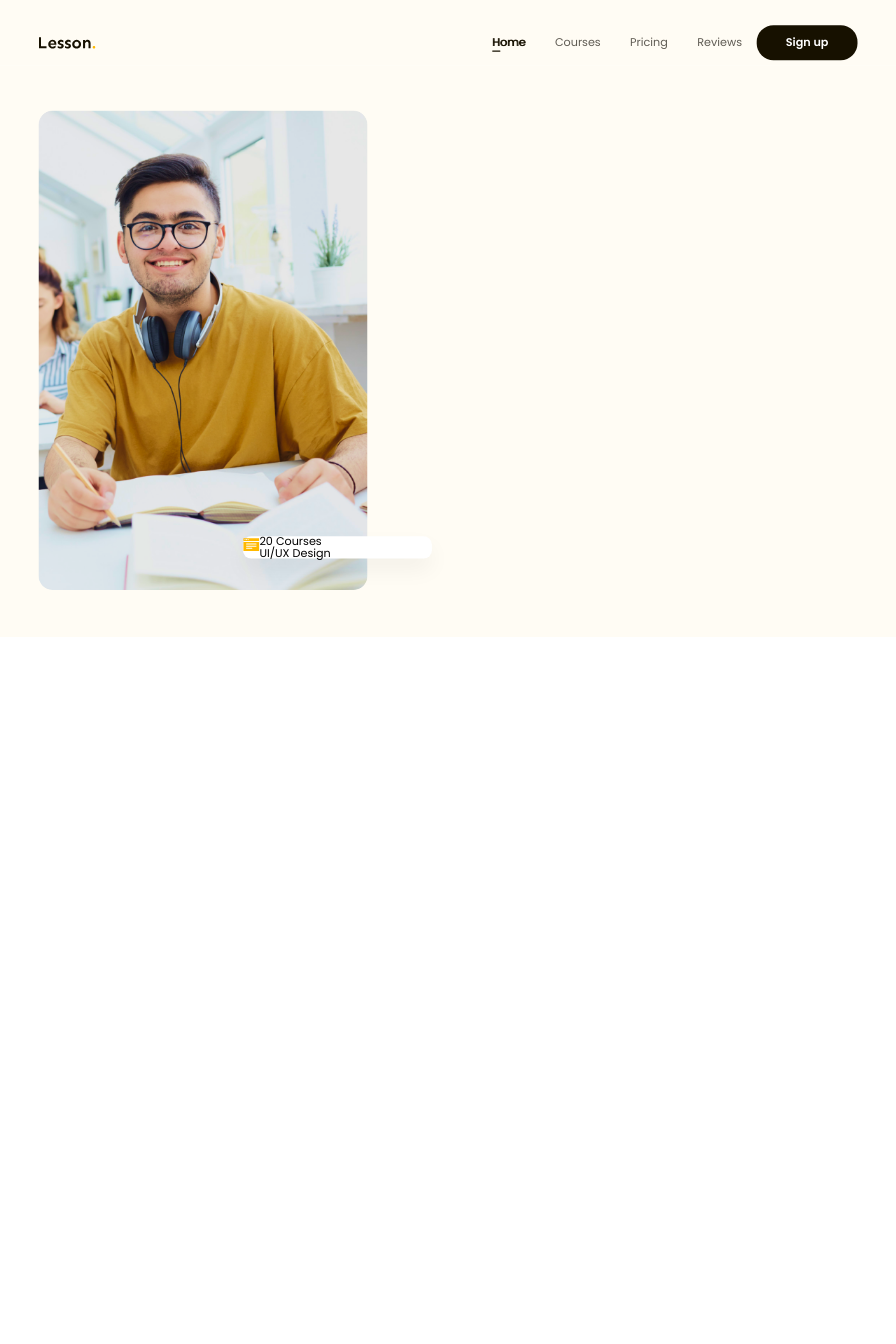
Repository: empty24062002/f8-htmlcss-02
Page: index.html
An editor plug-in stored every save of this project. The page is shown before and after the next save, followed by the edit.
The browser window is 1280 px wide. The pictures show the part of the page from y = 0 to 1920 px (the page is 5094 px tall), at 70% of full size.

Above is the page before, as saved 2023-07-18 08:56:20.

After the next save:
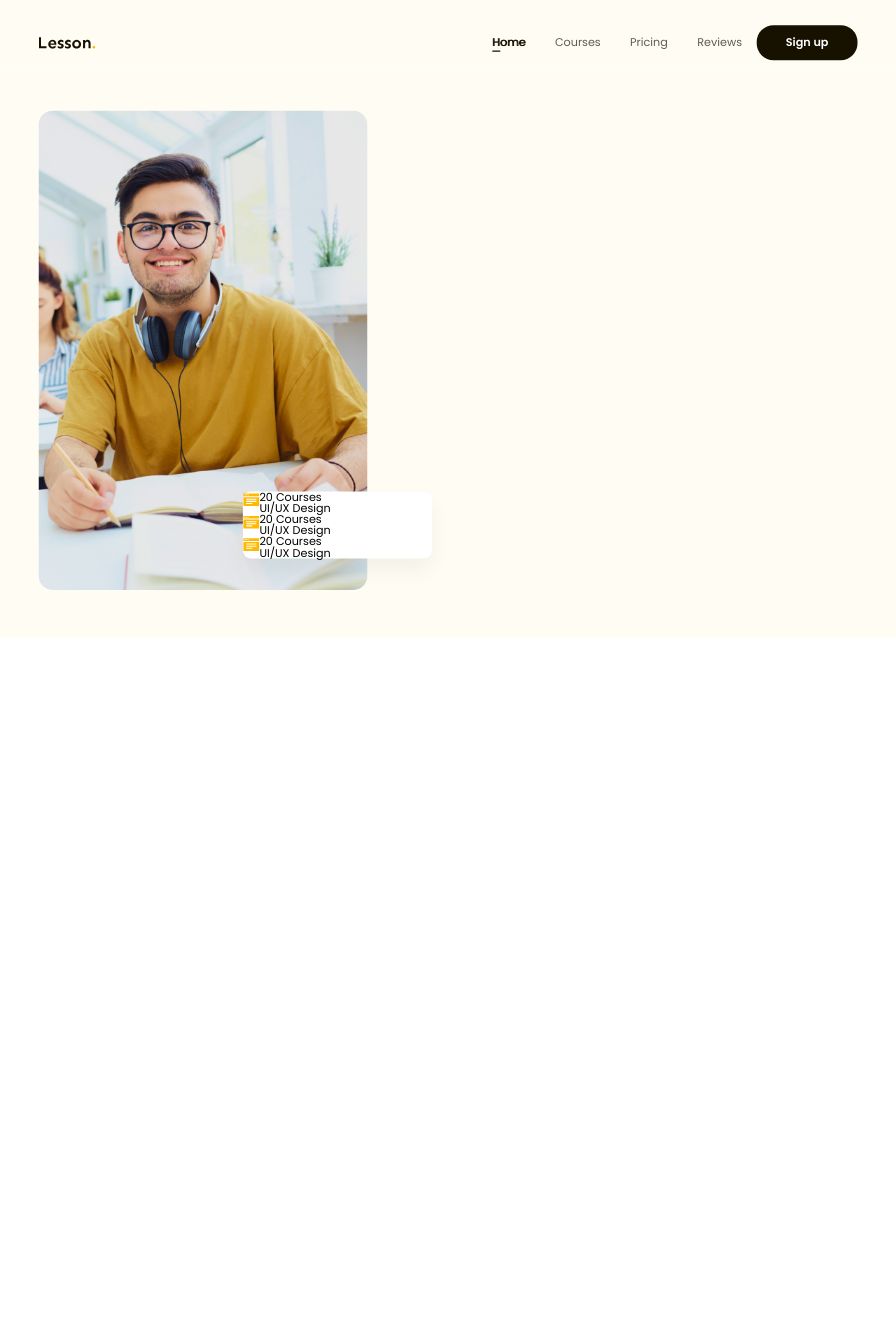
Saved 82 s later.
--- a/index.html
+++ b/index.html
@@ -74,6 +74,32 @@
                                         <p class="title">UI/UX Design</p>
                                     </div>
                                 </div>
+
+                                <div class="item">
+                                    <div class="icons">
+                                        <img
+                                            src="./assets/icons/icon1.svg"
+                                            alt=""
+                                        />
+                                    </div>
+                                    <div class="info">
+                                        <p class="lable">20 Courses</p>
+                                        <p class="title">UI/UX Design</p>
+                                    </div>
+                                </div>
+
+                                <div class="item">
+                                    <div class="icons">
+                                        <img
+                                            src="./assets/icons/icon1.svg"
+                                            alt=""
+                                        />
+                                    </div>
+                                    <div class="info">
+                                        <p class="lable">20 Courses</p>
+                                        <p class="title">UI/UX Design</p>
+                                    </div>
+                                </div>
                             </div>
                         </div>
                     </div>
